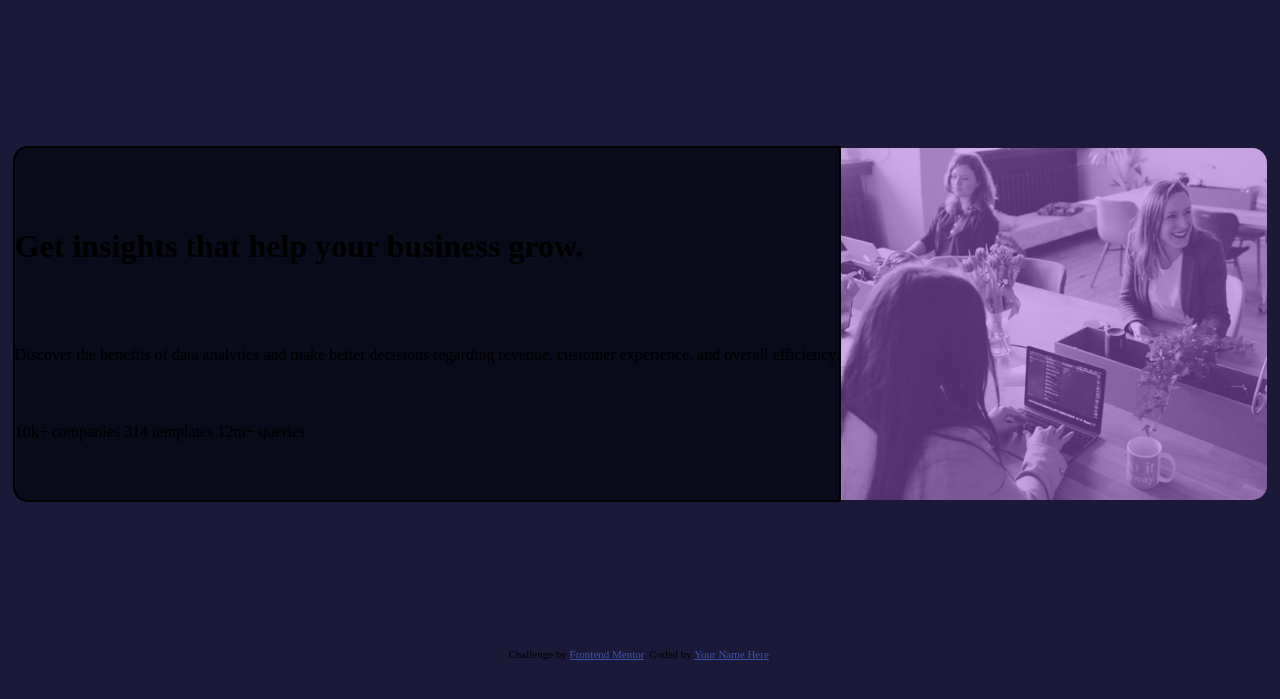
Repository: wasanmsn/Card_Challange
Page: index.html
The author's editor kept a copy of each file at every save. The page is drawn from the files as they stood at one save, then again after the next save.
The browser window is 1280 px wide. The pictures show the whole page.

Above is the page before, as saved 2021-07-21 16:02:44.

After the next save:
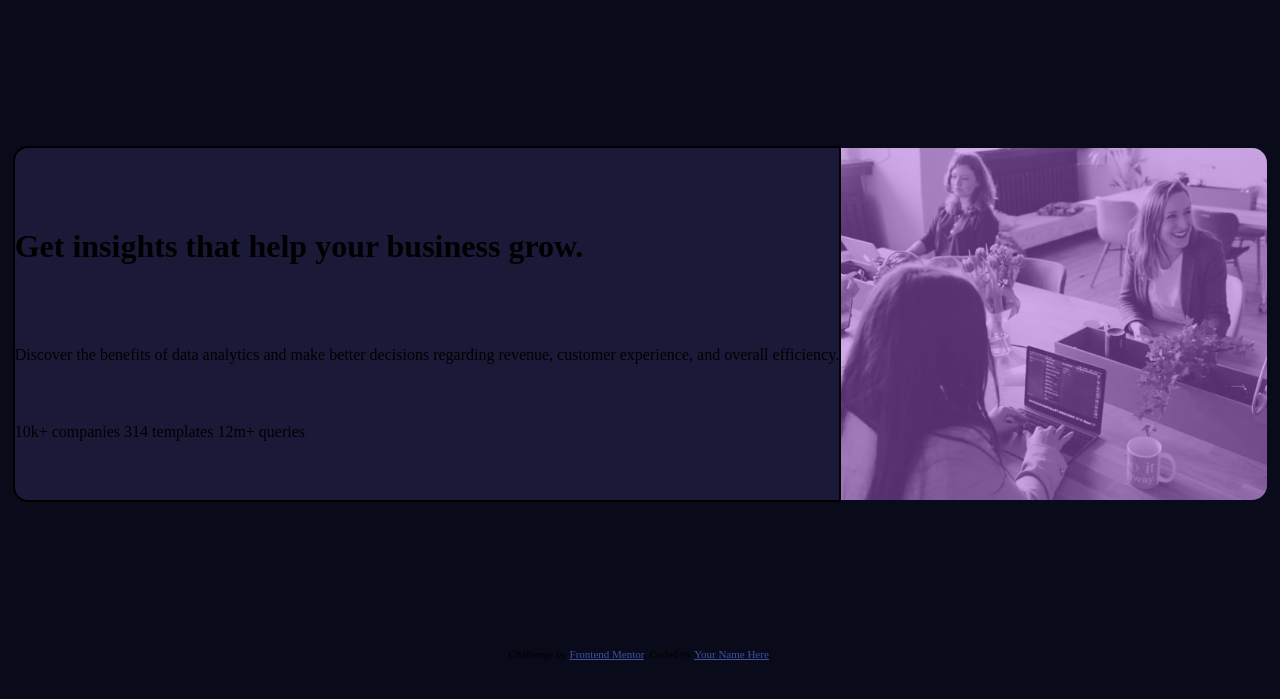
Saved 15 s later.
--- a/stylesheet.css
+++ b/stylesheet.css
@@ -1,7 +1,7 @@
 body{
     margin: 0;
     padding: 0;
-    background-color: hsl(244, 38%, 16%);
+    background-color: hsl(233, 47%, 7%);
 }
 .container{
     width: 100%;
@@ -18,7 +18,8 @@
     height: 22rem;
     border: 2px solid black;
     border-radius: 15px 0 0 15px;
-    background-color: hsl(233, 47%, 7%);
+    background-color: hsl(244, 38%, 16%);
+
 }
 .column2{
     height: 22rem;
